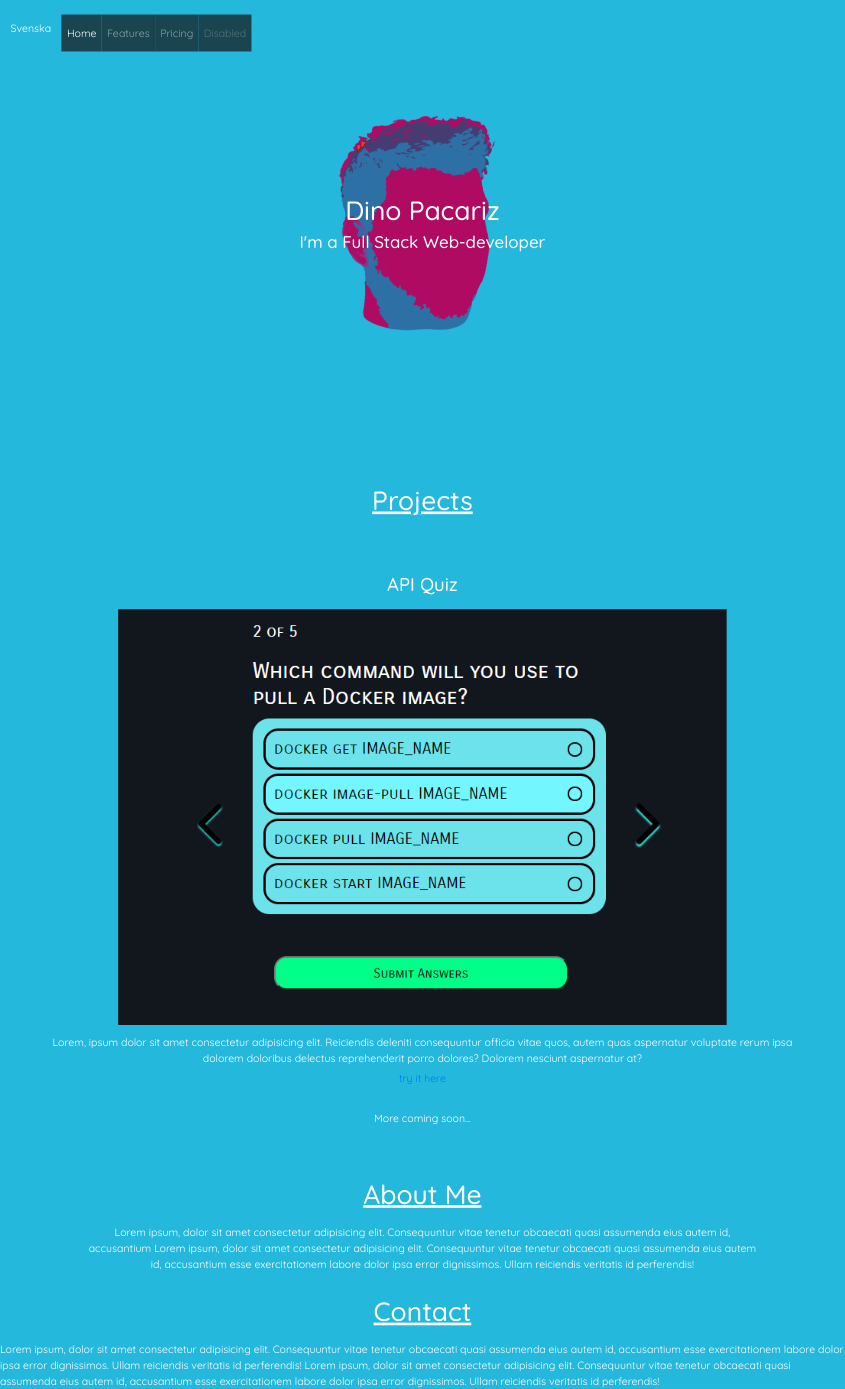
Repository: ImDino/Portfolio
Page: index.html
These files come from the project's save history. The page is drawn as it stood at one moment and after a run of saves; the edit follows.
The browser window is 1280 px wide. The pictures show the whole page, at 66% of full size.
Some web libraries are served in a nearby version. The style sheet was rebuilt from its Sass, Less or Tailwind sources for each picture, by a compiler version that may differ from the author's.

Above is the page before, as saved 2020-11-06 14:53:35.

### index.html
<!DOCTYPE html>
<html lang="en">
<head>
    <meta charset="UTF-8">
    <meta name="viewport" content="width=device-width, initial-scale=1.0">
    <link rel="stylesheet" href="https://cdn.jsdelivr.net/npm/bootstrap@4.5.3/dist/css/bootstrap.min.css" integrity="sha384-TX8t27EcRE3e/ihU7zmQxVncDAy5uIKz4rEkgIXeMed4M0jlfIDPvg6uqKI2xXr2" crossorigin="anonymous">
    <link href="https://fonts.googleapis.com/css2?family=Josefin+Sans&display=swap" rel="stylesheet">
    <link href="https://fonts.googleapis.com/css2?family=Quicksand:wght@300;400;500;600;700&display=swap" rel="stylesheet">
    <link href="https://fonts.googleapis.com/css2?family=Raleway:wght@100;200;300;500;600;700;900&display=swap" rel="stylesheet">



    <script src="https://code.jquery.com/jquery-3.5.1.slim.min.js" integrity="sha384-DfXdz2htPH0lsSSs5nCTpuj/zy4C+OGpamoFVy38MVBnE+IbbVYUew+OrCXaRkfj" crossorigin="anonymous"></script>
    <script src="https://cdn.jsdelivr.net/npm/bootstrap@4.5.3/dist/js/bootstrap.bundle.min.js" integrity="sha384-ho+j7jyWK8fNQe+A12Hb8AhRq26LrZ/JpcUGGOn+Y7RsweNrtN/tE3MoK7ZeZDyx" crossorigin="anonymous"></script>
    <script src="https://cdnjs.cloudflare.com/ajax/libs/gsap/3.5.1/gsap.min.js"></script>
    <script src="https://cdnjs.cloudflare.com/ajax/libs/gsap/3.5.1/ScrollTrigger.min.js" integrity="sha512-wK2NuxEyN/6s53M8G7c6cRUXvkeV8Uh5duYS06pAdLq4ukc72errSIyyGQGYtzWEzvVGzGSWg8l79e0VkTJYPw==" crossorigin="anonymous"></script>
    <script src="https://cdnjs.cloudflare.com/ajax/libs/gsap/3.5.1/ScrollToPlugin.min.js" integrity="sha512-nTHzMQK7lwWt8nL4KF6DhwLHluv6dVq/hNnj2PBN0xMl2KaMm1PM02csx57mmToPAodHmPsipoERRNn4pG7f+Q==" crossorigin="anonymous"></script>
    <script src="/js/main.js"></script>


    <link rel="stylesheet" href="css/main.css">
    <title>Dino's Portfolio</title>
</head>
<body>

  <nav id='navbar'class="navbar navbar-expand-lg navbar-dark bg-light">
    <!-- <a class="navbar-brand" href="#">Navbar</a> -->
    <a class="navbar-brand" id='language' href="#">Svenska</a>
    <button id='nav-button'class="navbar-toggler" type="button" data-toggle="collapse" data-target="#navbarNav" aria-controls="navbarNav" aria-expanded="false" aria-label="Toggle navigation">
      <span class="navbar-toggler-icon"></span>
      <img src='/img/hamburger-menu-1.png' id='page-1-nav' class='page-nav' alt="">
      <img src='/img/hamburger-menu-2.png' id='page-2-nav' class='page-nav' alt="">
      <img src='/img/hamburger-menu-3.png' id='page-3-nav' class='page-nav' alt="">
    </button>
    <div class="collapse navbar-collapse" id="navbarNav">
      <ul class="navbar-nav">
        <li class="nav-item active">
          <a class="nav-link" href="#">Home <span class="sr-only">(current)</span></a>
        </li>
        <li class="nav-item">
          <a class="nav-link" href="#">Features</a>
        </li>
        <li class="nav-item">
          <a class="nav-link" href="#">Pricing</a>
        </li>
        <li class="nav-item">
          <a class="nav-link disabled" href="#" tabindex="-1" aria-disabled="true">Disabled</a>
        </li>
      </ul>
    </div>
    </nav>
    <div id='home-page'>
        <div id='home-text'>
            <h1>Dino Pacariz</h1>
            <h3>I'm a Full Stack Web-developer</h3>
          </div>
          <div id='face'>
          </div>
    </div>
    <div id='pseudo-div'></div>
    <div class="mouse">
      <div class="mouse-icon">
        <span class="mouse-wheel"></span>
      </div>
    </div>
    <div id='projects-page' class='teaser teaser--animated page1'>
      <div id='header-parent'>
        <div class='main-tool-bar'><h1>Projects</h1></div>
      </div>
      <div class='project'>
        <h3 class='header'>API Quiz</h3>
        <div class='image-wrap'>
          <img src="img/apiquiz.png" alt="">
        </div>
        <span>Lorem, ipsum dolor sit amet consectetur adipisicing elit. Reiciendis deleniti consequuntur officia vitae quos, autem quas aspernatur voluptate rerum ipsa dolorem doloribus delectus reprehenderit porro dolores? Dolorem nesciunt aspernatur at?</span>
        <a href="#"><span>try it here</span></a>
      </div>
      <span id='more-coming-soon'>More coming soon...</span>
    </div>
    <div id='about-page'>
      <div id='header-parent'>
        <div class='main-tool-bar'>
          <h1>About Me</h1>
        </div>
      </div>
      <div>
        <span>
          Lorem ipsum, dolor sit amet consectetur adipisicing elit. Consequuntur vitae tenetur obcaecati quasi assumenda eius autem id, accusantium Lorem ipsum, dolor sit amet consectetur adipisicing elit. Consequuntur vitae tenetur obcaecati quasi assumenda eius autem id, accusantium esse exercitationem labore dolor ipsa error dignissimos. Ullam reiciendis veritatis id perferendis!
        </span>
      </div>
    </div>
    <div id='contact-page'>
      <div id='header-parent'>
        <div class='main-tool-bar'>
          <h1>Contact</h1>
        </div>
      </div>
      <div>
        <span>
          Lorem ipsum, dolor sit amet consectetur adipisicing elit. Consequuntur vitae tenetur obcaecati quasi assumenda eius autem id, accusantium esse exercitationem labore dolor ipsa error dignissimos. Ullam reiciendis veritatis id perferendis!
          Lorem ipsum, dolor sit amet consectetur adipisicing elit. Consequuntur vitae tenetur obcaecati quasi assumenda eius autem id, accusantium esse exercitationem labore dolor ipsa error dignissimos. Ullam reiciendis veritatis id perferendis!
        </span>
      </div>
    </div>
</body>
</html>

### js/main.js
document.addEventListener('DOMContentLoaded', () => {
    gsap.from("#home-text", {duration: 1, x: -1000});
    gsap.from("#face", {duration: 1, opacity: 0});
    gsap.from("#face", {clearProps: 'all', duration: 1, x:100});
    TweenLite.from('#face', {y:20, ease:Linear.easeNone});


    setTimeout(function(){ gsap.to('.mouse', {duration: 1, opacity: 1}); }, 1000);
    setTimeout(function(){ gsap.to('.mouse', {duration: 1, opacity: 0}); }, 2000);




    let header = document.getElementsByClassName('header')[0];
    // console.log(header)
    let tl2 = gsap.timeline({
        // yes, we can add it to an entire timeline!
        scrollTrigger: {
            trigger: header,
            // pin: true,   // pin the trigger element while active
            start: "bottom bottom", // when the top of the trigger hits the top of the viewport
            end: "+=100", // end after scrolling 500px beyond the start
            scrub: 1, // smooth scrubbing, takes 1 second to "catch up" to the scrollbar
            snap: {
                snapTo: "labels", // snap to the closest label in the timeline
                duration: {min: 0.2, max: 1}, // the snap animation should be at least 0.2 seconds, but no more than 3 seconds (determined by velocity)
                delay: 0.2, // wait 0.2 seconds from the last scroll event before doing the snapping
                // ease: "power1.inOut", // the ease of the snap animation ("power3" by default)
                overwrite: 'auto'
            }
        }
    });


    let custom = gsap.timeline({
        // yes, we can add it to an entire timeline!
        scrollTrigger: {
            // trigger: header,
            // pin: true,   // pin the trigger element while active
            start: "bottom bottom", // when the top of the trigger hits the top of the viewport
            end: "+=100", // end after scrolling 500px beyond the start
            scrub: 1, // smooth scrubbing, takes 1 second to "catch up" to the scrollbar
            // snap: {
            //     snapTo: "labels", // snap to the closest label in the timeline
            //     duration: {min: 0.2, max: 1}, // the snap animation should be at least 0.2 seconds, but no more than 3 seconds (determined by velocity)
            //     delay: 0.2, // wait 0.2 seconds from the last scroll event before doing the snapping
            //     // ease: "power1.inOut", // the ease of the snap animation ("power3" by default)
            //     overwrite: 'auto'
            // }
            // onToggle: self => console.log('hej')
        }
    });

    let language = gsap.timeline({
        // yes, we can add it to an entire timeline!
        scrollTrigger: {
            // trigger: header,
            // pin: true,   // pin the trigger element while active
            start: "bottom bottom", // when the top of the trigger hits the top of the viewport
            end: "+=20", // end after scrolling 500px beyond the start
            scrub: 1, // smooth scrubbing, takes 1 second to "catch up" to the scrollbar
            // snap: {
            //     snapTo: "labels", // snap to the closest label in the timeline
            //     duration: {min: 0.2, max: 1}, // the snap animation should be at least 0.2 seconds, but no more than 3 seconds (determined by velocity)
            //     delay: 0.2, // wait 0.2 seconds from the last scroll event before doing the snapping
            //     // ease: "power1.inOut", // the ease of the snap animation ("power3" by default)
            //     overwrite: 'auto'
            // }
            onToggle: self => console.log('language')
        }
    });

    let nav1 = gsap.timeline({
        // yes, we can add it to an entire timeline!
        scrollTrigger: {
            // trigger: header,
            // pin: true,   // pin the trigger element while active
            start: "bottom bottom", // when the top of the trigger hits the top of the viewport
            end: "+=20", // end after scrolling 500px beyond the start
            scrub: 1, // smooth scrubbing, takes 1 second to "catch up" to the scrollbar
            // snap: {
            //     snapTo: "labels", // snap to the closest label in the timeline
            //     duration: {min: 0.2, max: 1}, // the snap animation should be at least 0.2 seconds, but no more than 3 seconds (determined by velocity)
            //     delay: 0.2, // wait 0.2 seconds from the last scroll event before doing the snapping
            //     // ease: "power1.inOut", // the ease of the snap animation ("power3" by default)
            //     overwrite: 'auto'
            // }
            onToggle: self => console.log('nav1')
        }
    });

    let about = document.getElementById('about-page')

    let nav2 = gsap.timeline({
        // yes, we can add it to an entire timeline!
        scrollTrigger: {
            trigger: 'about',
            // pin: true,   // pin the trigger element while active
            start: "bottom bottom", // when the top of the trigger hits the top of the viewport
            end: "+=100", // end after scrolling 500px beyond the start
            scrub: 1, // smooth scrubbing, takes 1 second to "catch up" to the scrollbar
            // snap: {
            //     snapTo: "labels", // snap to the closest label in the timeline
            //     duration: {min: 0.2, max: 1}, // the snap animation should be at least 0.2 seconds, but no more than 3 seconds (determined by velocity)
            //     delay: 0.2, // wait 0.2 seconds from the last scroll event before doing the snapping
            //     // ease: "power1.inOut", // the ease of the snap animation ("power3" by default)
            //     overwrite: 'auto'
            // }
            onToggle: self => console.log('nav2')
        }
    });

    let contact = document.getElementById('contact-page')

    let nav3 = gsap.timeline({
        // yes, we can add it to an entire timeline!
        scrollTrigger: {
            trigger: 'contact',
            // pin: true,   // pin the trigger element while active
            start: "bottom bottom", // when the top of the trigger hits the top of the viewport
            end: "+=100", // end after scrolling 500px beyond the start
            scrub: 1, // smooth scrubbing, takes 1 second to "catch up" to the scrollbar
            // snap: {
            //     snapTo: "labels", // snap to the closest label in the timeline
            //     duration: {min: 0.2, max: 1}, // the snap animation should be at least 0.2 seconds, but no more than 3 seconds (determined by velocity)
            //     delay: 0.2, // wait 0.2 seconds from the last scroll event before doing the snapping
            //     // ease: "power1.inOut", // the ease of the snap animation ("power3" by default)
            //     overwrite: 'auto'
            // }
            onToggle: self => console.log('nav2')
        }
    });

    let scroll_icon = document.getElementById('scroll-icon')

    let scroll = gsap.timeline({
        // yes, we can add it to an entire timeline!
        scrollTrigger: {
            trigger: 'scroll_icon',
            // pin: true,   // pin the trigger element while active
            start: "bottom bottom", // when the top of the trigger hits the top of the viewport
            end: "+=100", // end after scrolling 500px beyond the start
            scrub: 1, // smooth scrubbing, takes 1 second to "catch up" to the scrollbar
            // snap: {
            //     snapTo: "labels", // snap to the closest label in the timeline
            //     duration: {min: 0.2, max: 1}, // the snap animation should be at least 0.2 seconds, but no more than 3 seconds (determined by velocity)
            //     delay: 0.2, // wait 0.2 seconds from the last scroll event before doing the snapping
            //     // ease: "power1.inOut", // the ease of the snap animation ("power3" by default)
            //     overwrite: 'auto'
            // }
            onToggle: self => console.log('nav2')
        }
    });
    language.addLabel('language').to('#language', {opacity:0})
    language.addLabel('language').to('#language', {x:-100})
    nav1.addLabel('nav1').from('#page-1-nav', {opacity:0})
    nav2.addLabel('nav2').from('#page-2-nav', {opacity:0})
    nav3.addLabel('nav3').from('#page-3-nav', {opacity:0})
    // scroll_icon.addLabel('scroll-icon').from('#scroll-icon', {opacity:0})
    // scroll_icon.addLabel('scroll-icon').to('#scroll-icon', {opacity:0})

    // tl.addLabel("start")
    // .from("#projects-page", {scale: 0.3, autoAlpha: 0})
    // .from("#projects-page2", {scale: 0.3, autoAlpha: 0})
    // .addLabel("color")

    // tl.addLabel("start")

    // tl2.addLabel("start")
    //     .to("#projects-page", {y: -100})
    //     .to(header, {y: -100})
    // .to(header, {opacity: 0})


    // let nav_button = document.getElementById('nav-button');
    // let navbar = document.getElementById('navbar');
    // console.log(nav_button)
    // console.log(navbar)

    // nav_button.addEventListener('click', ()=> {
    //     if (!navbar.hasAttribute('toggled')) {
    //         navbar.setAttribute('toggled' ,'')
    //         navbar.classList.add('navbar-toggled')
    //     } else {
    //         console.log('hej')
    //         navbar.removeAttribute('toggled')
    //         navbar.classList.remove('navbar-toggled')
    //     }
    // })


        gsap.registerPlugin(ScrollTrigger);
        gsap.registerPlugin(ScrollToPlugin);

        const button = document.querySelector(".toggle-page");
        const page1 = document.querySelector(".page1");
        // const page2 = document.querySelector(".page2");


        /**
         * Reset page.
         * => Kills existing scroll trigger.
         */
        const resetPage = () => {
          console.log("💣 Reset page");

          console.log("Killing triggers");
          ScrollTrigger.getAll().forEach(st => st.kill());
        };

        /**
         * Initialize the page.
         * Creates the scroll trigger.
         */
        const initPage = (activePage) => {
          const teasers = activePage.querySelectorAll(".teaser--animated");

          gsap.utils.toArray(teasers).forEach((teaser, i) => {
            ScrollTrigger.create({
              markers: true,
              trigger: teaser,
              start: "top center",
              end: "bottom center",
              toggleClass: "teaser--in-view",
              onEnter: () => scrollToElementCenter(teaser)
            });
          });
        };

        /**
         * Scroll to center of given element.
         */
        const scrollToElementCenter = (el) => {
          console.log("scroll to element center");

          // Calculate offset to put the element in the center.
          const offsetY = (window.innerHeight - el.offsetHeight) / 2;

          gsap.to(window, {
            duration: 1,
            scale: 0.5,
            scrollTo: {
              y: el,
              offsetY: offsetY,
              autoKill: false
            }
          });
        };

        /**
         * Add event listener to toggle between pages
         * via button.
         */

        // button.addEventListener("click", () => {
        //   page1.classList.toggle("page--visible");
        //   page2.classList.toggle("page--visible");

        //   resetPage();

        //   // Init page that is now active.
        //   if (page1.classList.contains("page--visible")) {
        //     initPage(page1);
        //   } else if (page2.classList.contains("page--visible")) {
        //     initPage(page2);
        //   }
        // });

        /**
         * Init page on load.
         */
        (function () {
          initPage(page1);
        })();













        // localStorage.clear()

    /*:::::::START:::::::::
    ::: Refresh Counter :::
    :::::::::::::::::::::*/

    // if(localStorage.getItem('refreshCount') == null) {
    //     localStorage.setItem('refreshCount', 1);
    // } else {
    //     let  localRefreshCount = localStorage.getItem('refreshCount')
    //     localRefreshCount++;
    //     localStorage.setItem('refreshCount', localRefreshCount);
    // }
    // if (parseInt(localStorage.getItem('refreshCount')) > 10) {
    //     localStorage.setItem('refreshCount', 1);
    // }
    // console.log('RefreshCount: '+localStorage.getItem('refreshCount'))


    /*::::::::END::::::::::
    ::: Refresh Counter :::
    :::::::::::::::::::::*/
})

### scss/main.scss
*{
    margin: 0;
    padding: 0;
    font-family: 'Quicksand', sans-serif;
}

html, body {
    height: 100%;
    // width: 100%;
    // overflow-x: hidden;
}

body {
    background-color: #24b8dd !important;
    color: white;
}

#pseudo-div {
    width: 100%;
    height: 100%;
    margin-bottom: -60px;
}


.navbar {
    background-color: #24b8dd00 !important;
    // background-color: #24b8dd !important;
    color: white;
    position: fixed;
    top: 0;
    width: 100%;
    // z-index: 1;
    // margin: 0; //! behövs för att hamburger listan ska få 100 width
    // padding: 0; //! behövs för att hamburger listan ska få 100 width

}

.navbar-toggler {
    border: none;
}
.navbar-toggler:focus {
    outline: none;
}

.navbar-brand {
    font-size: medium;
}

.nav-item {
    background-color: #1a4550;
    line-height: 2.5em;
    text-align: center;
}

#navbarNav {
    margin-top: 2vh;
}

.navbar-toggled {
    background-color: #24b8dd !important;
}

#home-page {
    padding-top: 170px;
    position: absolute;
    top: 0;
    bottom: 0;
    left: 0;
    right: 0;
    z-index: -1;
    margin-bottom: 18vh;
    background-size: 200%;
    background-blend-mode: luminosity;
    display: flex;
    justify-content: center;
    align-items: center;

    h1 {
        text-align: center;
    }
    h3 {
        text-align: center;
        font-size: 1.6em;
        margin-bottom: 12vh;
    }
    overflow: hidden;
}

#header-parent {
    height: 47.5px;
    display: block;
    display: flex;
    flex-direction: column;
    align-items: center;
    margin-bottom: 3vh;
    margin-top: 5vh;
    h1 {
        text-decoration: underline;
    }
}

#face {
    position: absolute;
    top: 0;
    bottom: 0;
    left: 0;
    right: 0;
    overflow: hidden;
    // margin-bottom: 28vh;
    margin-bottom: 12vh;
    background: url('/img/vectorFace4.png') no-repeat;
    background-color: #24b8dd;
    z-index: -2;
    margin-left: -25px;
    background-blend-mode: difference;
    background-size: 35vh;
    background-position: center bottom;
    -webkit-transform: rotate(-10deg);
    -moz-transform: rotate(-10deg);
    -ms-transform: rotate(-10deg);
    -o-transform: rotate(-10deg);
    transform: rotate(-10deg);
}

.main-tool-bar {
    margin-right: 0;
    text-align: center;
}

.main-tool-bar--scrolled {
    position: fixed;
    top: 200px;

}

.navbar-toggler-icon {
    position: relative;
    z-index: -1 !important;
}

#page-1-nav {
    position: absolute;
    top: 1px;
    right: 31.1px;
    height: 20px;
    width: 24px;
    background-position: top right;
}

#page-2-nav {
    position: absolute;
    top: 17px;
    right: 31.1px;
    height: 20px;
    width: 24px;
    background-position: top right;
}
#page-3-nav {
    position: absolute;
    top: 33px;
    right: 31.1px;
    height: 20px;
    width: 24px;
    background-position: top right;
}
.project {
    display: flex;
    flex-direction: column;
    align-self: center;
    width: 90%;
    *{
        width: 100%;
        // height: 110%;
    }
}

.header {
    margin-bottom: 3vh !important;
}

#projects-page {
    display: flex;
    flex-direction: column;

    *{
        display: flex;
        justify-content: center;
        margin-bottom: 1vh;
        text-align: center;
    }
    span {
        width: 100%;
    }



    h3 {
        margin-top: 10vh;
        margin-bottom: 0;
        padding-bottom: 0;
    }


}

.image-wrap {
    width: 100%;


    img {
        width: 80%;
    }
}

#more-coming-soon {
    margin-top: 2vh;
}

#about-page {
    margin-top: 5vh;
    display: flex;
    flex-direction: column;
    align-items: center;

    * {

        text-align: center;
    }
    div {
        width: 80%;
        // width: 100%;
    }
}

#contact-page {
    margin-bottom: 30vh;
}




.mouse{
    opacity: 0;
//   margin: 50px auto;
  width: 100%;
//   position: absolute;
//   bottom: 0;
  display: flex;
  justify-content: center;

}.mouse-icon{
   width: 25px;
   height: 45px;
   border: 2px solid white;
   border-radius: 15px;
   cursor: pointer;
   position: relative;
   text-align: center;
}.mouse-wheel{
  height: 10px;
  margin: 6px auto;
  display: block;
  width: 10px;
  background-color: white;
  border-radius: 50%;
  -webkit-animation: 1.6s ease infinite wheel-up-down;
 -moz-animation: 1.6s ease infinite wheel-up-down;
  animation: 1.5s ease infinite wheel-up-down;
}
@-webkit-keyframes wheel-up-down {
	0% {
	    margin-top: 5px;
	    opacity: 0;
	}
	30% {
	    opacity: 1;
	}
	100% {
	    margin-top: 25px;
	    opacity: 0;
	}
}@-moz-keyframes wheel-up-down {
	0% {
	    margin-top: 25px;
	    opacity: 0;
	}
	30% {
	    opacity: 1;
	}
	100% {
	    margin-top: 5px;
	    opacity: 0;
	}
}@keyframes wheel-up-down {
	0% {
	    margin-top: 25px;
	    opacity: 0;
	}
	30% {
	    opacity: 1;
	}
	100% {
	    margin-top: 5px;
	    opacity: 0;
	}
}

/* //TODO
1. Darkmode, ställa in särskilda färger IFALL man är i darkmode? UX baby.

*/

After the next 2 saves:
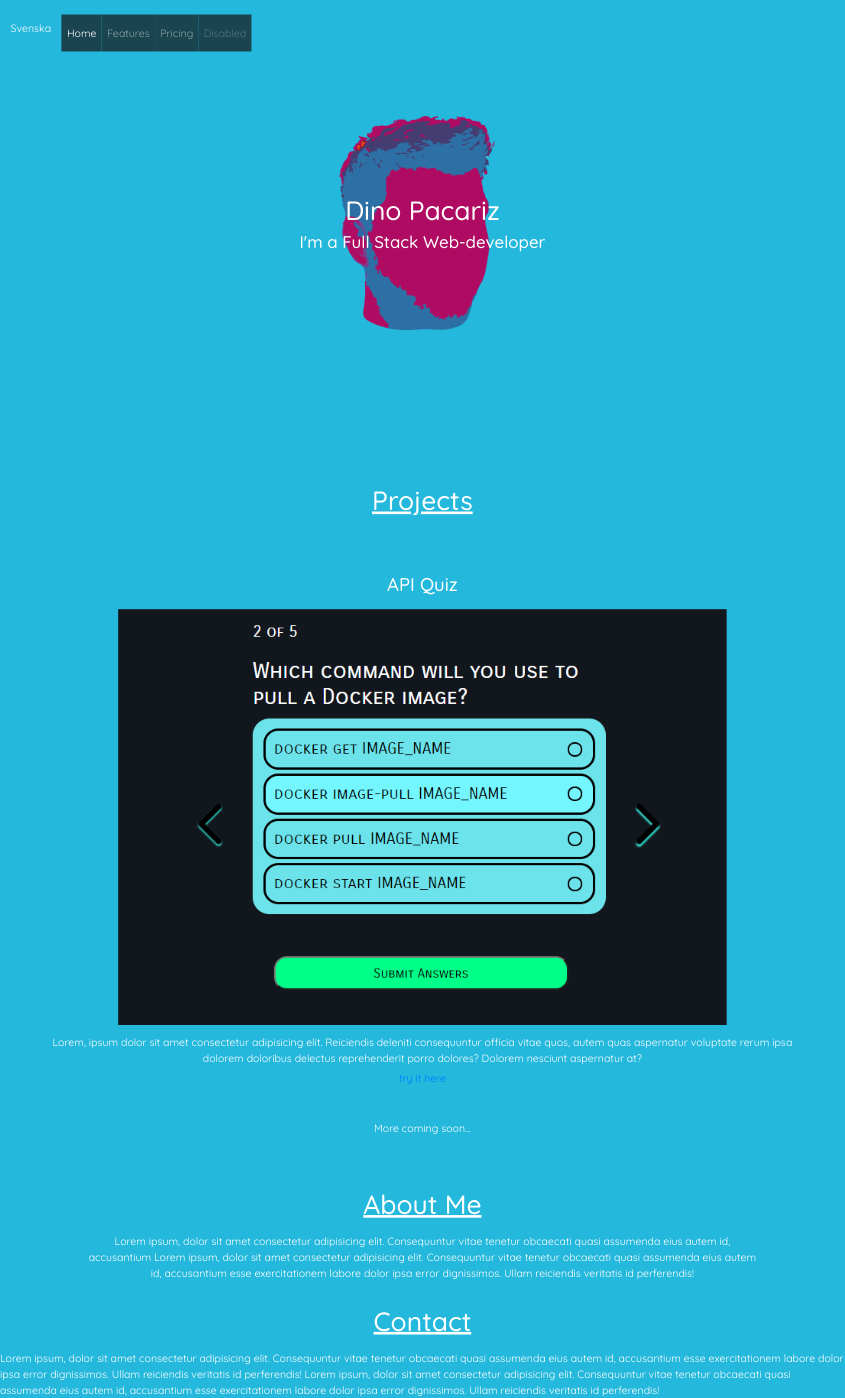
The 2 saves are shown as one change because they came seconds apart.
The last was saved 10 s later.
--- a/scss/main.scss
+++ b/scss/main.scss
@@ -213,7 +213,7 @@ body {
 }
 
 #more-coming-soon {
-    margin-top: 2vh;
+    margin-top: 4vh;
 }
 
 #about-page {
